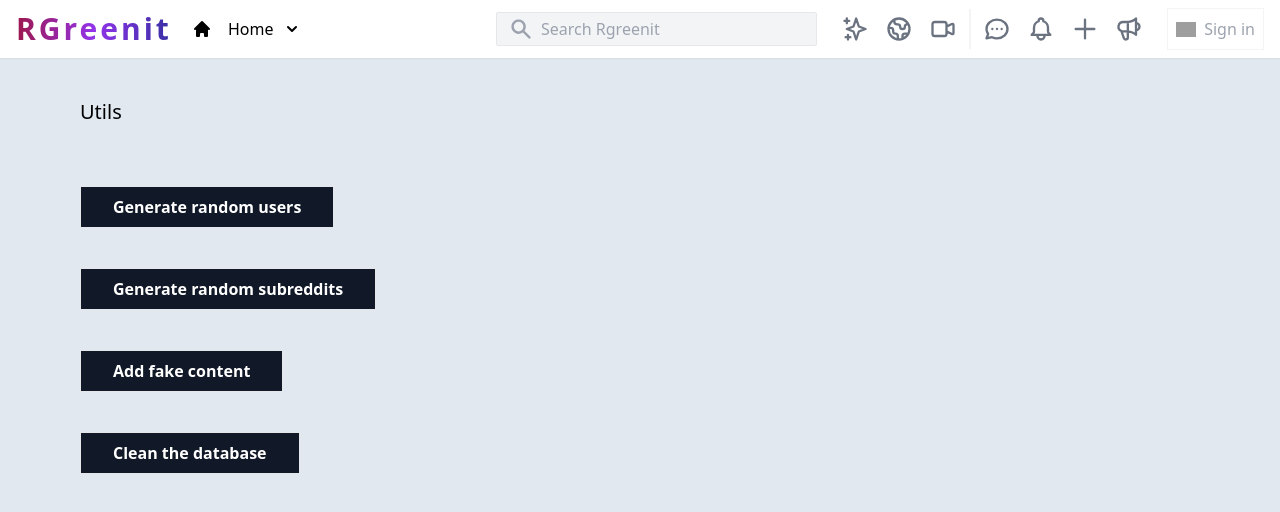
Repository: ITDevSolution/RGreen-it
Page: /utils
These files come from the project's save history. The page is drawn as it stood at one moment and after the next save; the edit follows.
The browser window is 1280 px wide. The pictures show the whole page.
Pictures or frames that could not be fetched are drawn as grey boxes. The page's requests for data from a server got no answer. The project was rebuilt for these pictures with package versions that can differ from the ones it lists, and the page was loaded fresh each time. The framework's server and built-in components were replaced by stand-ins that run in the browser. No one was signed in, and anything a server would have sent is missing. Also part of the build but not shown: next.config.js.

Above is the page before, as saved 2022-07-08 12:40:21.

After the next save:
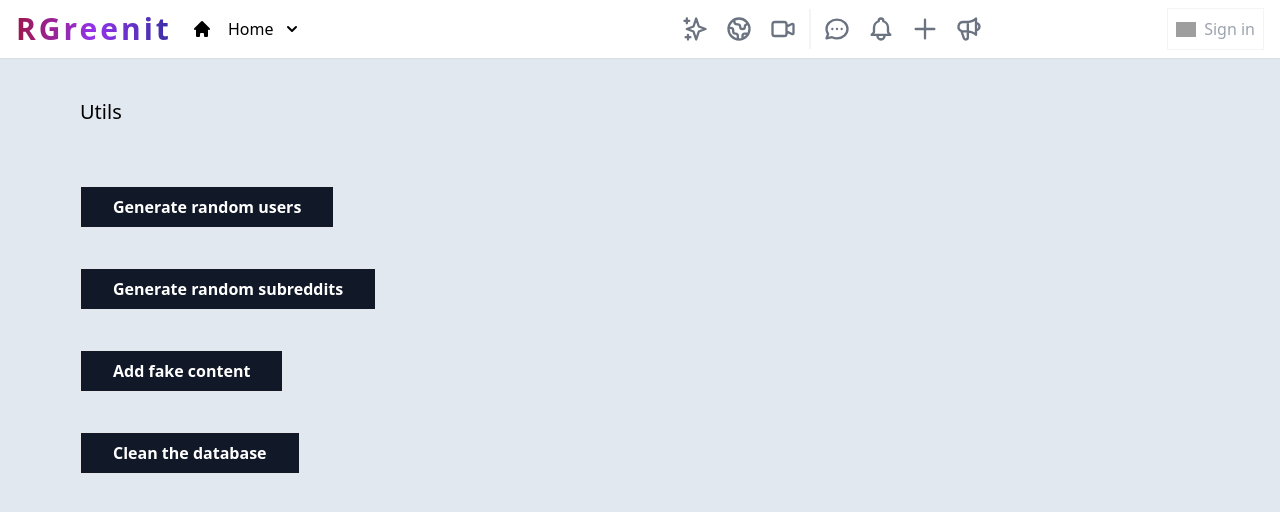
Saved 11 s later.
--- a/components/Header.js
+++ b/components/Header.js
@@ -46,7 +46,7 @@ function Header() {
       </div>
 
       {/* Search box */}
-      <form className="hidden md:flex md:flex-1 items-center space-x-2 rounded-sm border border-gray-200 bg-gray-100 px-3 py-1 ">
+      <form className="hidden md:relative md:flex-1 items-center space-x-2 rounded-sm border border-gray-200 bg-gray-100 px-3 py-1 ">
         <SearchIcon className="h-6 w-6 text-gray-400" />
         <input
           type="text"
